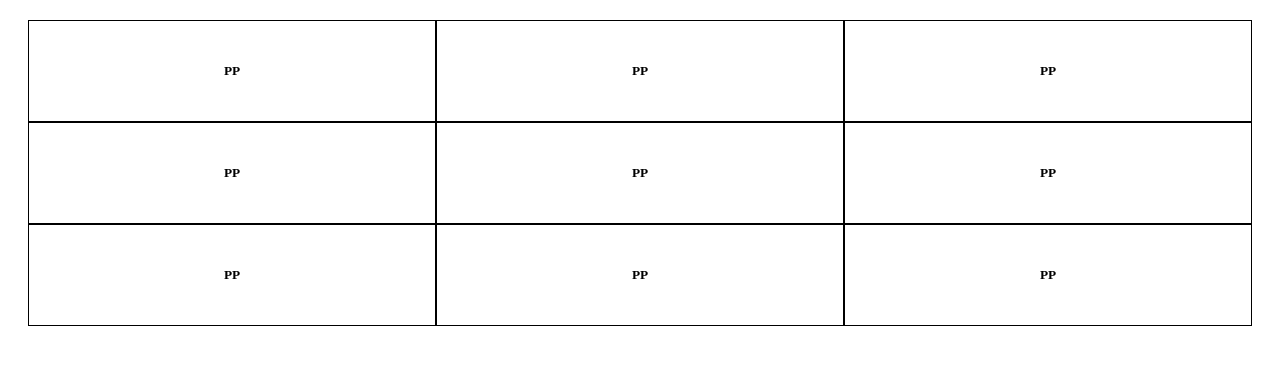
Repository: khalifalmahmud0/React__Tic-Tac-Toe
Page: /
These files come from the project's save history. The page is drawn as it stood at one moment and after the next save; the edit follows.
The browser window is 1280 px wide. The pictures show the whole page.
The project was rebuilt for these pictures with package versions that can differ from the ones it lists, and the page was loaded fresh each time. Also part of the build but not shown: vite.config.js, src/App.css, src/assets/css/index.css.

Above is the page before, as saved 2023-06-06 23:09:07.

### index.html
<!DOCTYPE html>
<html lang="en">
  <head>
    <meta charset="UTF-8" />
    <link rel="icon" type="image/png" href="/favicon.png" />
    <meta name="viewport" content="width=device-width, initial-scale=1.0" />
    <title>Game | Tic-Tac-Toe</title>
  </head>
  <body>
    <div id="root"></div>
    <script type="module" src="/src/main.jsx"></script>
  </body>
</html>

### src/main.jsx
import React from "react";
import ReactDOM from "react-dom/client";
import App from "./App.jsx";
import "./assets/css/index.css";
ReactDOM.createRoot(document.getElementById("root")).render(
	<React.StrictMode>
		<App />
	</React.StrictMode>
);

### src/App.jsx
import "./App.css";
import Board from "./components/Board/Board";
function App() {
	return (
		<>
			<Board />
		</>
	);
}
export default App;

### src/components/Board/Board.jsx
import { useState } from "react";
import Box from "../Box/Box";
import "./Board.css";
export default function Board() {
	const [state, setState] = useState(Array(9).fill("PP"));
	return (
		<>
			<div className="board-container">
				<div className="board-row">
					<Box value={state[0]} />
					<Box value={state[1]} />
					<Box value={state[2]} />
				</div>
				<div className="board-row">
					<Box value={state[3]} />
					<Box value={state[4]} />
					<Box value={state[5]} />
				</div>
				<div className="board-row">
					<Box value={state[6]} />
					<Box value={state[7]} />
					<Box value={state[8]} />
				</div>
			</div>
		</>
	);
}

### src/components/Box/Box.jsx
import "./Box.css";
export default function Box({ value }) {
	return (
		<>
			<div className="boxContainer">
				<h5>{value}</h5>
			</div>
		</>
	);
}

### src/components/Board/Board.css
.board-row {
    display: flex;
    justify-content: space-evenly;
    align-items: center;
}
.board-container {
    margin: 20px;
}

### src/components/Box/Box.css
.boxContainer {
    border: 1px solid;
    height: 100px;
    width: 100%;
    display: flex;
    justify-content: center;
    align-items: center;
}

After the next save:
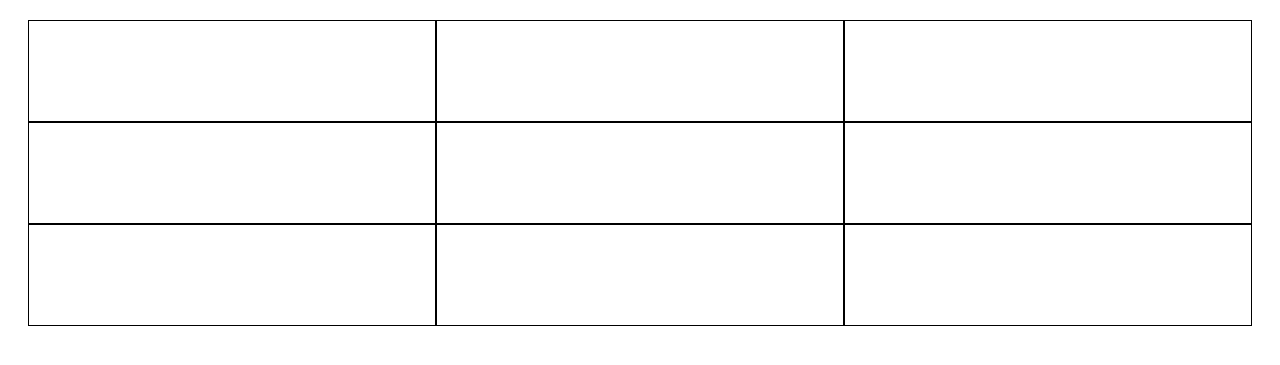
Saved 4 s later.
--- a/src/components/Board/Board.jsx
+++ b/src/components/Board/Board.jsx
@@ -2,7 +2,7 @@
 import Box from "../Box/Box";
 import "./Board.css";
 export default function Board() {
-	const [state, setState] = useState(Array(9).fill("PP"));
+	const [state, setState] = useState(Array(9).fill(null));
 	return (
 		<>
 			<div className="board-container">
